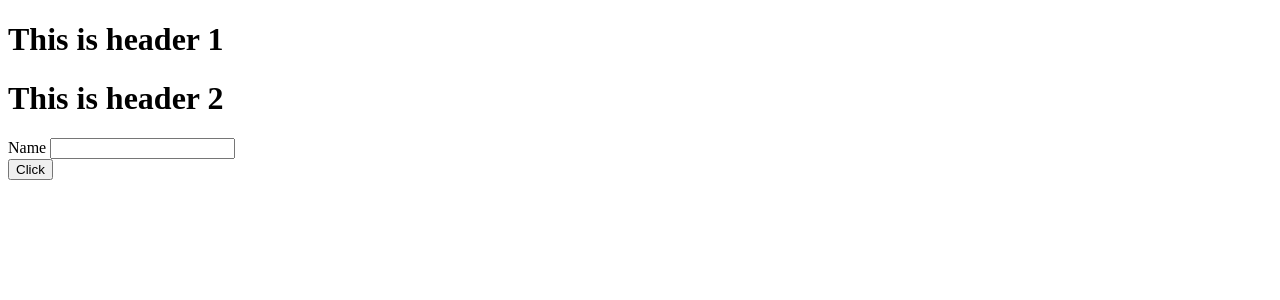
Repository: ravinforu/HTML5_CSS3_JS_Frameworks_Jul_2012-1
Page: Day01/WebContent/ajax.html
These files come from the project's save history. The page is drawn as it stood at one moment and after the next save; the edit follows.
The browser window is 1280 px wide. The pictures show the whole page.

Above is the page before, as saved 2012-07-20 08:42:33.

After the next save:
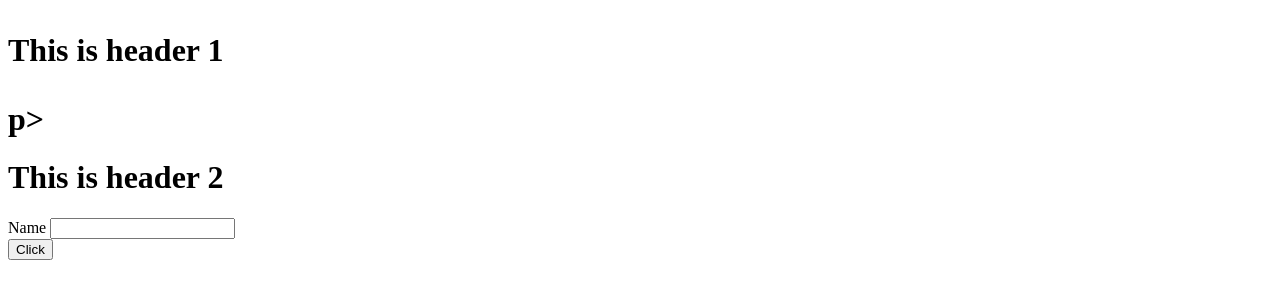
Saved 31 s later.
--- a/Day01/WebContent/ajax.html
+++ b/Day01/WebContent/ajax.html
@@ -16,7 +16,9 @@
 	</script>
 </head>
 <body>
-	<h1 id="header1">This is header 1</h1>
+	<h1 id="header1">
+		<p>This is header 1</p>p>
+	</h1>
 	<h1 class="header2">This is header 2</h1>
 	Name <input type="text" id="nameText">
 	<br/>
